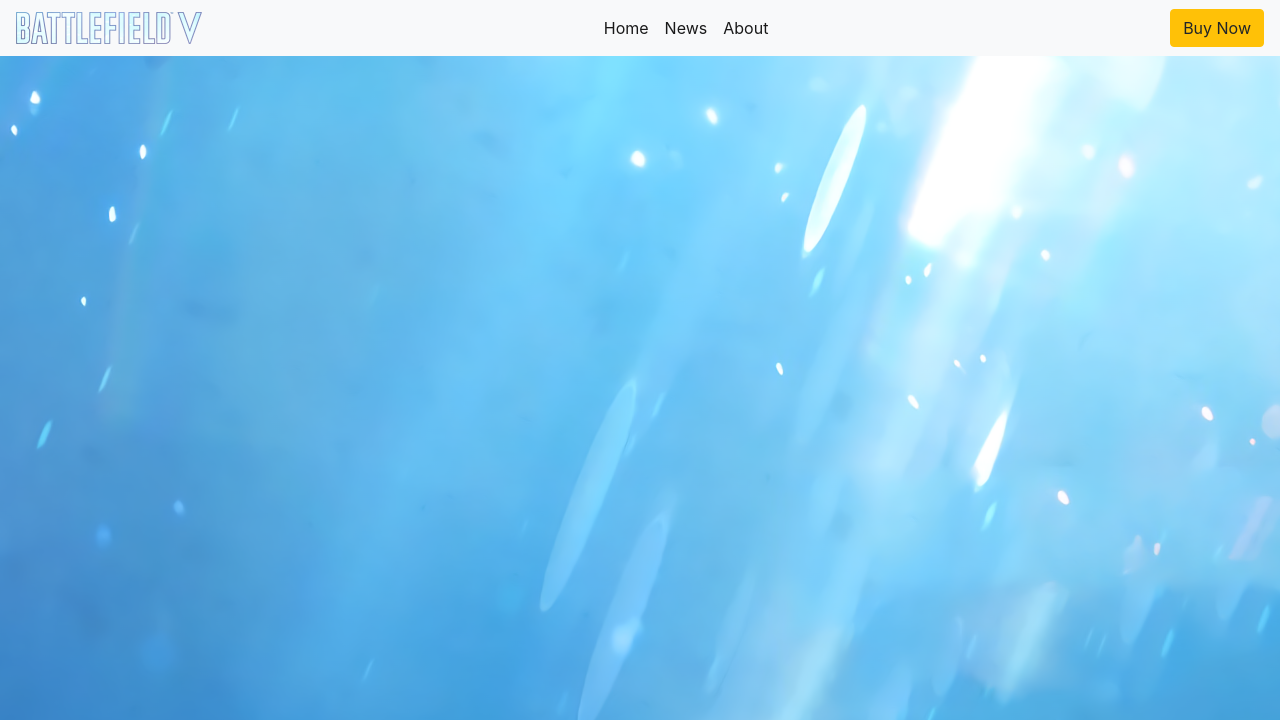
Repository: Aleks985/MS1---project
Page: index.html
The author's editor kept a record of every edit. The page is drawn from the files as they stood at one moment, then again after the next edit.
The browser window is 1280 px wide. The pictures show the whole page.

Above is the page before.

After the next edit:
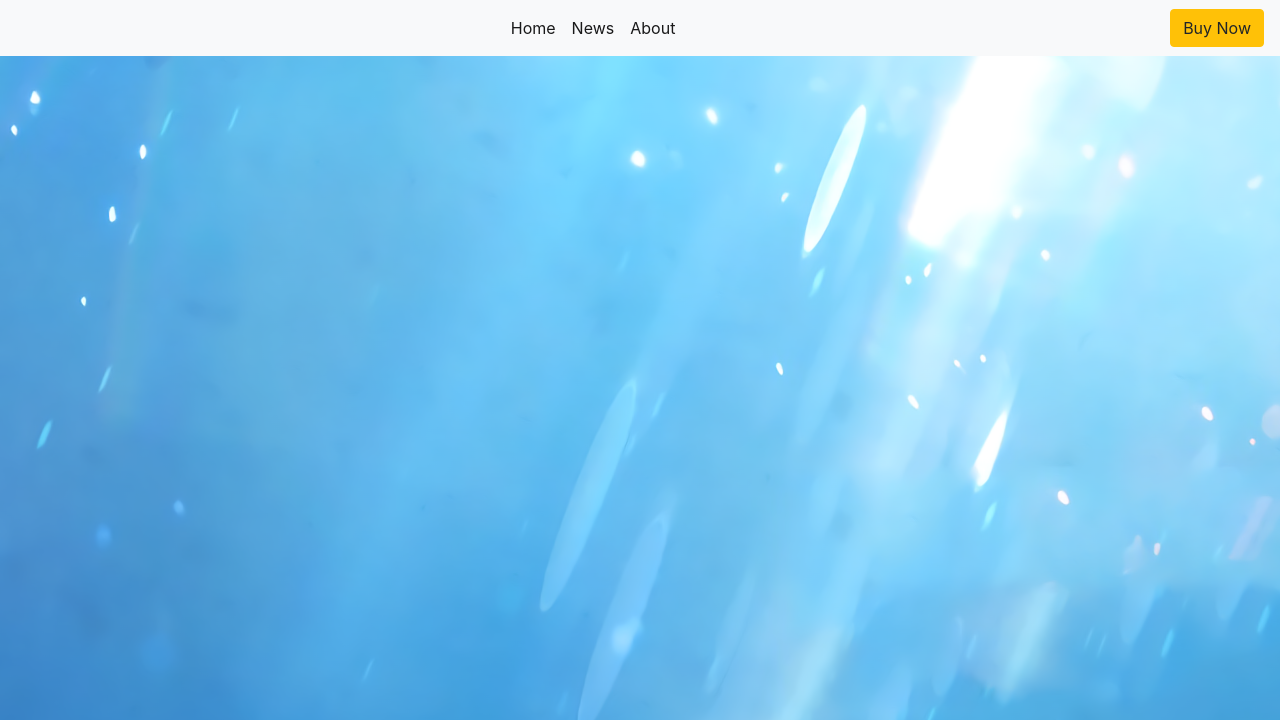
The edit:
--- a/index.html
+++ b/index.html
@@ -24,7 +24,7 @@
                             </button>
 
             <div class="collapse navbar-collapse" id="navbarNav">
-                <a href="#"><img src="assets/img/bfv-nav-logo.png" alt="Battlefield"></a>
+
                 <ul class="navbar-nav mx-auto">
 
 

After the edit that followed:
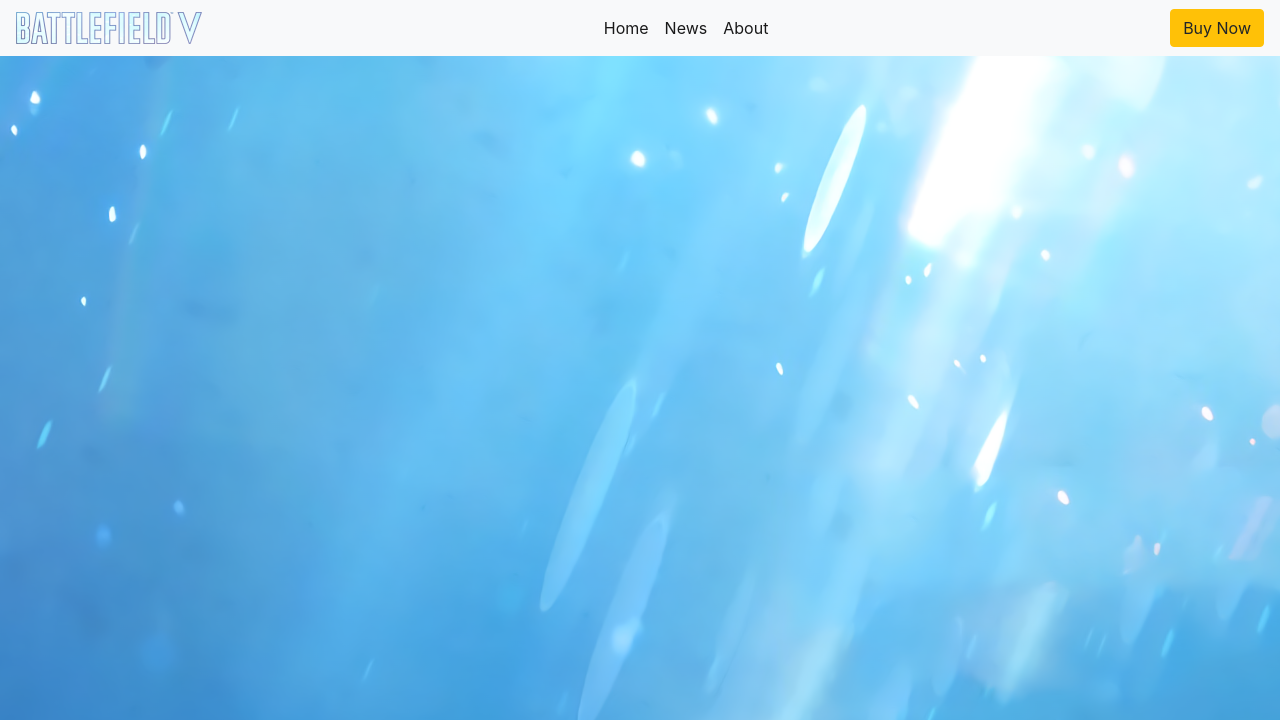
The edit:
--- a/index.html
+++ b/index.html
@@ -18,6 +18,8 @@
         <!--Navigation Start-->
 
         <nav class="navbar navbar-expand-lg navbar-light bg-light">
+
+            <a href="#"><img src="assets/img/bfv-nav-logo.png" alt="Battlefield"></a>
 
             <button class="navbar-toggler" type="button" data-toggle="collapse" data-target="#navbarNav" aria-controls="navbarNav" aria-expanded="false" aria-label="Toggle navigation">
                                 <span class="navbar-toggler-icon"></span>
